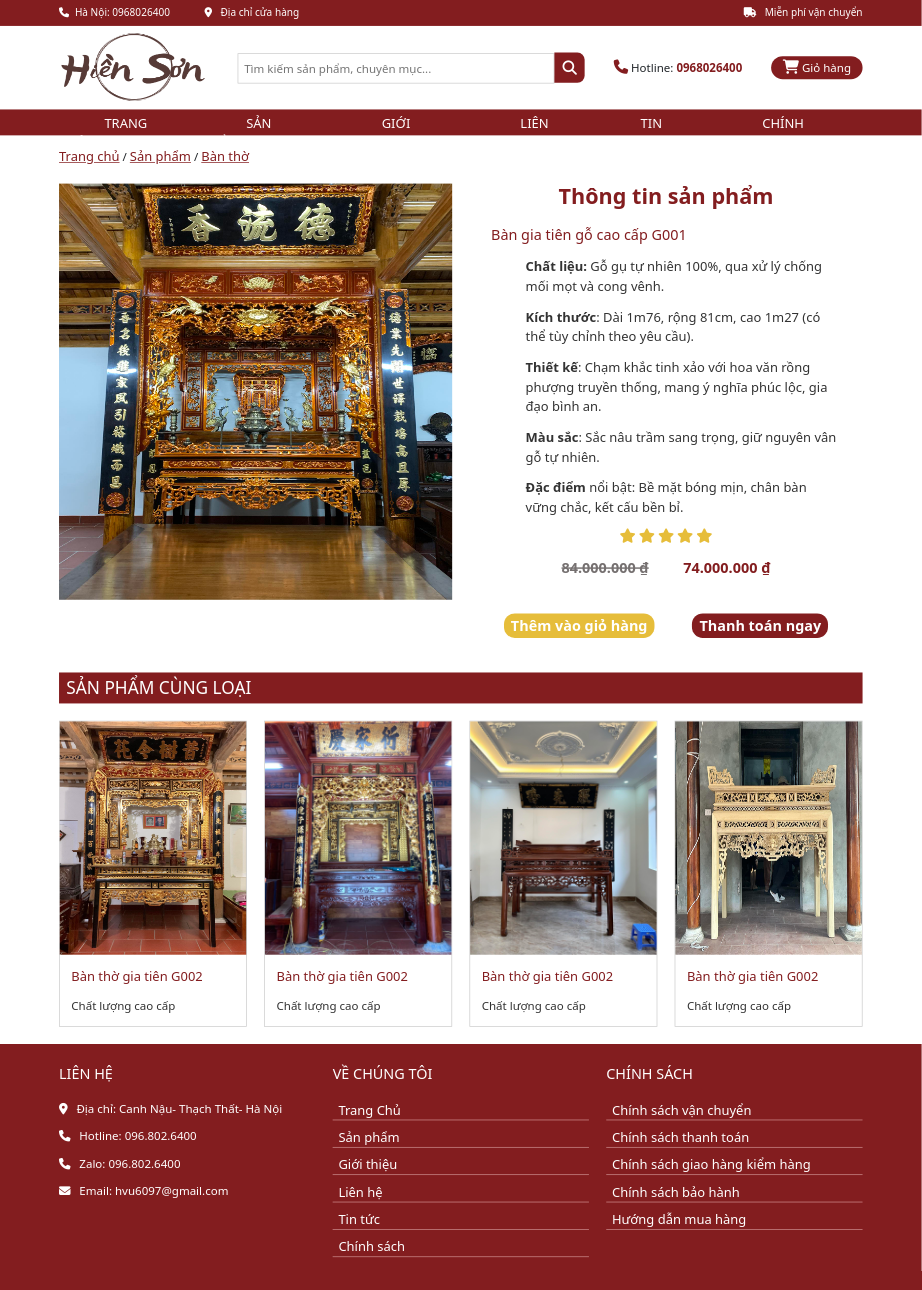
Repository: hoang28092000/do_go_hien_son
Page: product_details/ban_tho-g002.html
An editor plug-in stored every save of this project. The page is shown before and after the next save, followed by the edit.
The browser window is 1280 px wide. The pictures show the whole page, at 72% of full size.
Some web libraries are served in a nearby version.

Above is the page before, as saved 2024-08-12 15:54:57.

### product_details/ban_tho-g002.html
<!DOCTYPE html>
<html lang="en">
<head>
    <meta charset="UTF-8">
    <meta name="viewport" content="width=device-width, initial-scale=1.0">
    <link rel="stylesheet" href="../asset/style.css">
    <link rel="stylesheet" href="https://cdnjs.cloudflare.com/ajax/libs/font-awesome/6.6.0/css/all.min.css" integrity="sha512-Kc323vGBEqzTmouAECnVceyQqyqdsSiqLQISBL29aUW4U/M7pSPA/gEUZQqv1cwx4OnYxTxve5UMg5GT6L4JJg==" crossorigin="anonymous" referrerpolicy="no-referrer" />
    <link href="https://cdn.jsdelivr.net/npm/bootstrap@5.3.3/dist/css/bootstrap.min.css" rel="stylesheet" integrity="sha384-QWTKZyjpPEjISv5WaRU9OFeRpok6YctnYmDr5pNlyT2bRjXh0JMhjY6hW+ALEwIH" crossorigin="anonymous">
    <title>Bàn thờ gia tiên G002</title>
</head>
<body>
    <div id="header">
        <div class="top_header">
            <div class="container">
                <div class=" d-flex align-items-center justify-content-between pt-1">
                    <div class="d-flex">
                        <p class="mb-0 me-5"><a href="" class="txt-th">
                            <i class="fa-solid fa-phone icon-th pe-2"></i>Hà Nội: 0968026400
                        </a></p>
                        <p class="mb-0"><a href="" class="txt-th">
                            <i class="fa-solid fa-location-dot icon-th pe-2"></i>
                        Địa chỉ cửa hàng</a></p>
                    </div>
                    <p class="mb-0"><a href="" class="txt-th">
                        <i class="fa-solid fa-truck icon-th pe-2"></i>
                    Miễn phí vận chuyển</a></p>
                </div>
            </div>
        </div>
    </div>

        <div class="main_header py-2">
            <div class="container">
                <ul class="d-flex justify-content-between align-items-center ps-0 mb-0">
                    <li class="logo-hs">
                        <a href="../index.html"><img src="../asset/image/logo_1.png" class="logo-hd" alt=""></a>
                    </li>
                    <li class="search-hd">
                        <input type="text" class="input-search-hd" placeholder="Tìm kiếm sản phẩm, chuyên mục..."><i class="fa-solid fa-magnifying-glass icon-search_hd"></i>
                    </li>

                    <li class="contact-hd">
                        <i class="fa-solid fa-phone icon-hd "></i>
                        <span class="txt-hd">Hotline: <b style="color: #831d1f;">0968026400</b></span>
                    </li>

                    <li class="cart-hd">
                        <p class="mb-0 cart-list py-1 px-3">
                            <i class="fa-solid fa-cart-shopping icon-cart"></i><span class="txt-cart"> Giỏ hàng</span>
                        </p>
                    </li>
                </ul>
            </div>
        </div>

        <div class="bottom_header">
            <div class="container">
                <ul class="links d-flex justify-content-center align-items-center mb-0 ps-0">
                    <li class="link "><a href="../index.html" class="txt-link">TRANG CHỦ</a></li>
                    <li class="link"><a href="../website/product.html" class="txt-link">SẢN PHẨM</a></li>
                    <li class="link"><a href="../website/about-us.html" class="txt-link">GIỚI THIỆU</a></li>
                    <li class="link"><a href="../website/contact.html" class="txt-link">LIÊN HỆ</a></li>
                    <li class="link"><a href="../website/news.html" class="txt-link">TIN TỨC</a></li>
                    <li class="link"><a href="../website/policy.html" class="txt-link">CHÍNH SÁCH</a></li>
                 </ul>
            </div>
        </div>
    </div>
    <div class="main-product_details">
        <div class="container">
            <div class="links-product_details pt-3 pb-4">
                <a href="../index.html" class="link-pd">Trang chủ</a>
                <span class="slash"> /</span>
                <a href="../website/product.html" class="link-pd">Sản phẩm</a>
                <span class="slash"> /</span>
                <a href="../website/product.html" class="link-pd">Bàn thờ</a>
            </div>

            <div class="card-p_details">
                <div class="row">
                    <div class="col-lg-6">
                        <img src="../asset/image/anhn3.jfif" alt="" class="img-p_details w-100">
                    </div>
                    <div class="col-lg-6">
                        <div class="info-p_details">
                            <h3 class="name-p_details">
                                Thông tin sản phẩm
                            </h3>

                            <div class="desc-info-pd">
                                <p class="heading-pd">
                                    Bàn gia tiên gỗ cao cấp G001
                                </p>
                                <p class="txt-pd ps-5">
                                    <b>Chất liệu:</b> Gỗ gụ tự nhiên 100%, qua xử lý chống mối mọt và cong vênh.
                                </p>
                                <p class="txt-pd ps-5">
                                    <b>Kích thước</b>: Dài 1m76, rộng 81cm, cao 1m27 (có thể tùy chỉnh theo yêu cầu).
                                </p>
                                <p class="txt-pd ps-5">
                                    <b>Thiết kế</b>: Chạm khắc tinh xảo với hoa văn rồng phượng truyền thống, mang ý nghĩa phúc lộc, gia đạo bình an.
                                </p>
                                <p class="txt-pd ps-5">
                                    <b>Màu sắc</b>: Sắc nâu trầm sang trọng, giữ nguyên vân gỗ tự nhiên.
                                </p>
                                <p class="txt-pd ps-5">
                                    <b>Đặc điểm</b> nổi bật: Bề mặt bóng mịn, chân bàn vững chắc, kết cấu bền bỉ.
                                </p>
                                <div class="evaluate ">
                                    <i class="fa-solid fa-star icon-star"></i>
                                    <i class="fa-solid fa-star icon-star"></i>
                                    <i class="fa-solid fa-star icon-star"></i>
                                    <i class="fa-solid fa-star icon-star"></i>
                                    <i class="fa-solid fa-star icon-star"></i>

                                </div>
                                <div class="prices-pd d-flex justify-content-center my-3">
                                    <p class="price-pd mb-0">84.000.000 ₫</p>
                                    <p class="price_sold_out mb-0 ps-5">74.000.000 ₫</p>
                                </div>
                                <div class="pay text-center mt-5" >
                                    <button class="add_cart me-5">Thêm vào giỏ hàng</button>
                                    <button class="buy">Thanh toán ngay</button>
                                </div>
                        </div>
                    </div>
                </div>
            </div>
            <h3 class="title-pd mt-5">
                SẢN PHẨM CÙNG LOẠI
            </h3>
            <div class="pd-relate my-4">
                <div class="row">
                    <div class="col-lg-3">
                        <a href="" class="a-link_pd">
                            <div class="card-pd">
                                <img src="../asset/image/anhn1.jfif" alt="this is picture" class="w-100 img-relate">
                                <p class="name-product_r mt-3 px-3">Bàn thờ gia tiên G002</p>
                                <p class="info-pd_r px-3">Chất lượng cao cấp</p>
                            </div>
                        </a>
                    </div>
                    <div class="col-lg-3">
                        <a href="" class="a-link_pd">
                            <div class="card-pd">
                                <img src="../asset/image/anhn4.jfif" alt="this is picture" class="w-100 img-relate">
                                <p class="name-product_r mt-3 px-3">Bàn thờ gia tiên G002</p>
                                <p class="info-pd_r px-3">Chất lượng cao cấp</p>
                            </div>
                        </a>
                    </div>
                    <div class="col-lg-3">
                        <a href="" class="a-link_pd">
                            <div class="card-pd">
                                <img src="../asset/image/anhn5.jfif" alt="this is picture" class="w-100 img-relate">
                                <p class="name-product_r mt-3 px-3">Bàn thờ gia tiên G002</p>
                                <p class="info-pd_r px-3">Chất lượng cao cấp</p>
                            </div>
                        </a>
                    </div>
                    <div class="col-lg-3">
                        <a href="" class="a-link_pd">
                            <div class="card-pd">
                                <img src="../asset/image/anhn7.jfif" alt="this is picture" class="w-100 img-relate">
                                <p class="name-product_r mt-3 px-3">Bàn thờ gia tiên G002</p>
                                <p class="info-pd_r px-3">Chất lượng cao cấp</p>
                            </div>
                        </a>
                    </div>
                </div>
            </div>
        </div>
    </div>


    <div id="footer" class="mt-3">
        <div class="container">
            <div class="row">
                <div class="col-lg-4">
                    <h4 class="title-ft">LIÊN HỆ</h4>
                    <ul class="list-info">
                        <li>
                            <i class="fa-solid fa-location-dot icon-ft pe-2"></i>
                            <span class="txt-ft">Địa chỉ: Canh Nậu- Thạch Thất- Hà Nội</span>
                        </li>
                        <li>
                            <i class="fa-solid fa-phone icon-ft pe-2"></i>
                            <span class="txt-ft">Hotline: 096.802.6400</span>
                        </li>
                        <li>
                            <i class="fa-solid fa-phone icon-ft pe-2"></i>
                            <span class="txt-ft">Zalo: 096.802.6400    </span>
                        </li>
                        <li>
                            <i class="fa-solid fa-envelope icon-ft pe-2"></i>
                           <span class="txt-ft">Email: hvu6097@gmail.com</span>
                        </li>
                    </ul>
                </div>
                <div class="col-lg-4">
                    <h4 class="title-ft">
                        VỀ CHÚNG TÔI
                    </h4>
                    <ul class="list-links ps-0">
                        <li class="item-link"><a href="../index.html" class="link-ft">Trang Chủ </a></li>
                        <li class="item-link"><a href="../website/product.html" class="link-ft">Sản phẩm</a></li>
                        <li class="item-link"><a href="../website/about-us.html" class="link-ft">Giới thiệu</a></li>
                        <li class="item-link"><a href="../website/contact.html" class="link-ft">Liên hệ</a></li>
                        <li class="item-link"><a href="../website/news.html" class="link-ft">Tin tức</a></li>
                        <li class="item-link"><a href="../website/policy.html" class="link-ft">Chính sách</a></li>
                    </ul>
                </div>
                <div class="col-lg-4">
                    <h4 class="title-ft">
                       CHÍNH SÁCH
                    </h4>
                    <ul class="list-links ps-0">
                        <li class="item-link"><a href="../website/policy.html" class="link-ft">Chính sách vận chuyển </a></li>
                        <li class="item-link"><a href="../website/policy.html" class="link-ft">Chính sách thanh toán</a></li>
                        <li class="item-link"><a href="../website/policy.html" class="link-ft">Chính sách giao hàng kiểm hàng</a></li>
                        <li class="item-link"><a href="../website/policy.html" class="link-ft">Chính sách bảo hành</a></li>
                        <li class="item-link"><a href="../website/policy.html" class="link-ft">Hướng dẫn mua hàng</a></li>
                    </ul>
                </div>

            </div>
        </div>
    </div>
</body>
</html>

Loaded but not shown: asset/style.css (594 lines, source omitted)

After the next save:
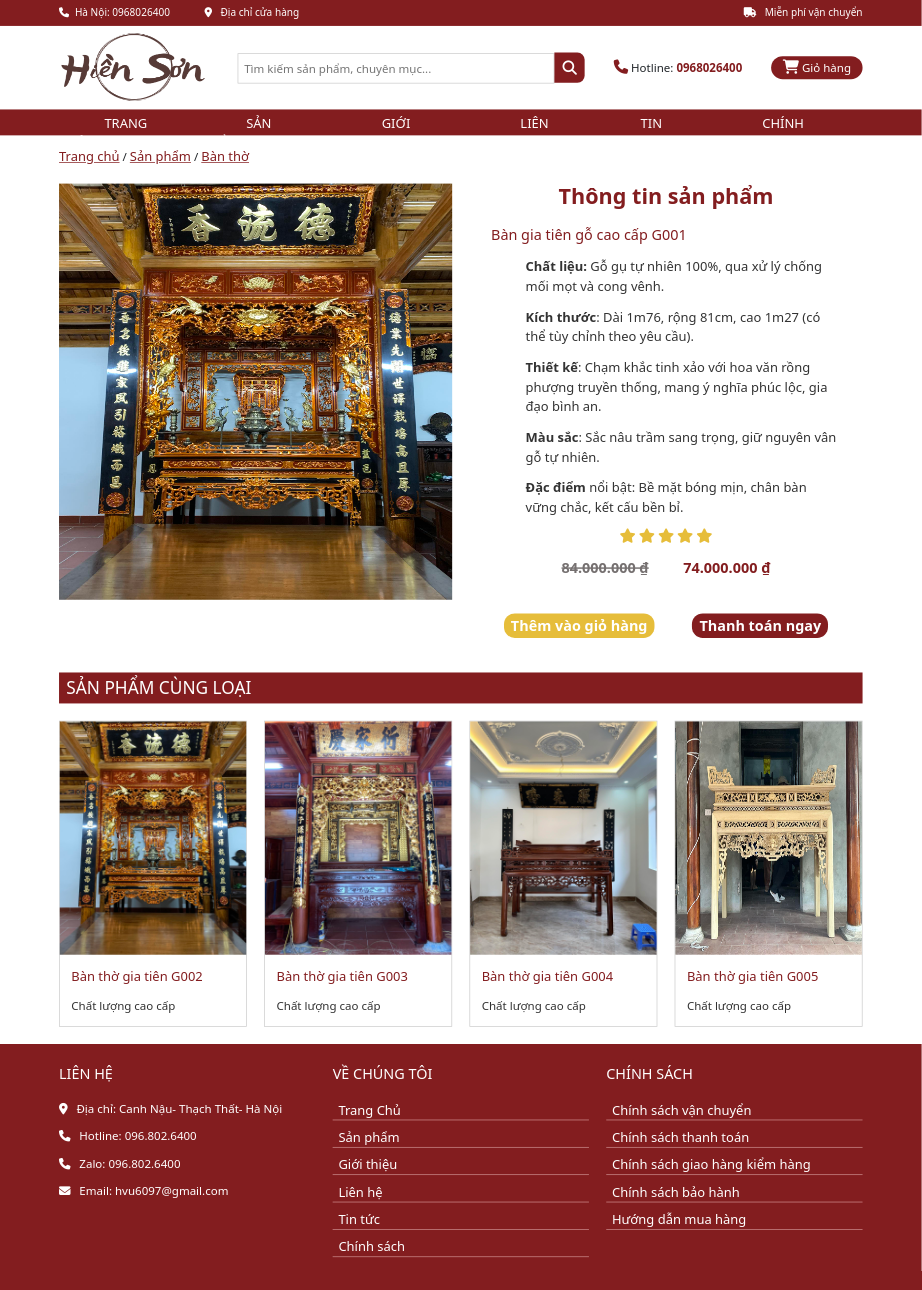
Saved 26 s later.
--- a/product_details/ban_tho-g002.html
+++ b/product_details/ban_tho-g002.html
@@ -132,37 +132,37 @@
             <div class="pd-relate my-4">
                 <div class="row">
                     <div class="col-lg-3">
-                        <a href="" class="a-link_pd">
-                            <div class="card-pd">
-                                <img src="../asset/image/anhn1.jfif" alt="this is picture" class="w-100 img-relate">
+                        <a href="./ban_tho-g002.html" class="a-link_pd">
+                            <div class="card-pd">
+                                <img src="../asset/image/anhn3.jfif" alt="this is picture" class="w-100 img-relate">
                                 <p class="name-product_r mt-3 px-3">Bàn thờ gia tiên G002</p>
                                 <p class="info-pd_r px-3">Chất lượng cao cấp</p>
                             </div>
                         </a>
                     </div>
                     <div class="col-lg-3">
-                        <a href="" class="a-link_pd">
+                        <a href="./ban_tho-g003.html" class="a-link_pd">
                             <div class="card-pd">
                                 <img src="../asset/image/anhn4.jfif" alt="this is picture" class="w-100 img-relate">
-                                <p class="name-product_r mt-3 px-3">Bàn thờ gia tiên G002</p>
-                                <p class="info-pd_r px-3">Chất lượng cao cấp</p>
-                            </div>
-                        </a>
-                    </div>
-                    <div class="col-lg-3">
-                        <a href="" class="a-link_pd">
+                                <p class="name-product_r mt-3 px-3">Bàn thờ gia tiên G003</p>
+                                <p class="info-pd_r px-3">Chất lượng cao cấp</p>
+                            </div>
+                        </a>
+                    </div>
+                    <div class="col-lg-3">
+                        <a href="./ban_tho-g004.html" class="a-link_pd">
                             <div class="card-pd">
                                 <img src="../asset/image/anhn5.jfif" alt="this is picture" class="w-100 img-relate">
-                                <p class="name-product_r mt-3 px-3">Bàn thờ gia tiên G002</p>
-                                <p class="info-pd_r px-3">Chất lượng cao cấp</p>
-                            </div>
-                        </a>
-                    </div>
-                    <div class="col-lg-3">
-                        <a href="" class="a-link_pd">
+                                <p class="name-product_r mt-3 px-3">Bàn thờ gia tiên G004</p>
+                                <p class="info-pd_r px-3">Chất lượng cao cấp</p>
+                            </div>
+                        </a>
+                    </div>
+                    <div class="col-lg-3">
+                        <a href="./ban_tho-g005.html" class="a-link_pd">
                             <div class="card-pd">
                                 <img src="../asset/image/anhn7.jfif" alt="this is picture" class="w-100 img-relate">
-                                <p class="name-product_r mt-3 px-3">Bàn thờ gia tiên G002</p>
+                                <p class="name-product_r mt-3 px-3">Bàn thờ gia tiên G005</p>
                                 <p class="info-pd_r px-3">Chất lượng cao cấp</p>
                             </div>
                         </a>
